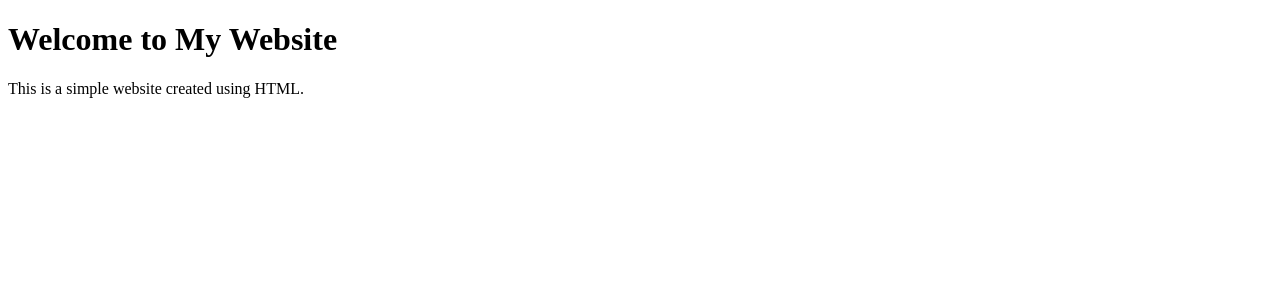
Repository: brownsonjoy1811/GitandGithub
Page: index.html
An editor plug-in stored every save of this project. The page is shown before and after a run of saves, followed by the edit.
The browser window is 1280 px wide. The pictures show the whole page.

Above is the page before, as saved 2026-06-17 10:37:33.

### index.html
<!DOCTYPE html>
<html lang="en">
<head>
    <meta charset="UTF-8">
    <meta name="viewport" content="width=device-width, initial-scale=1.0">
    <title>Document</title>
</head>
<body>
    <h1>Welcome to My Website</h1>
    <p>This is a simple website created using HTML.</p>

    <p></p>
</body>
</html>

After the next 5 saves:
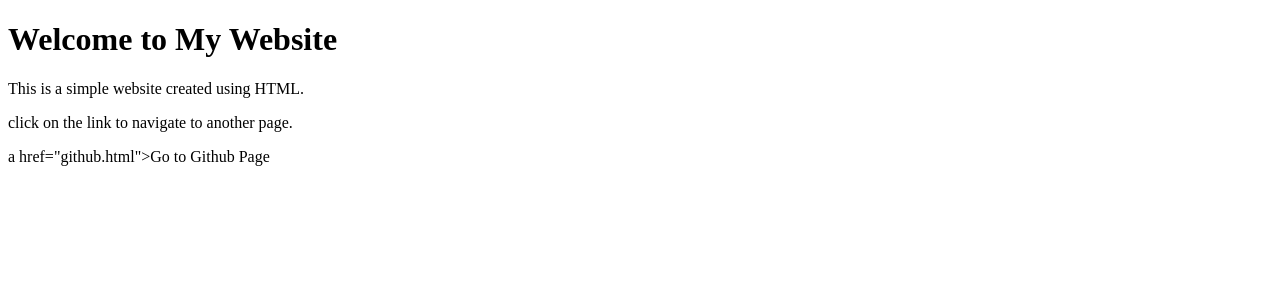
The 5 saves are shown as one change because they came seconds apart.
The last was saved 18 s later.
--- a/index.html
+++ b/index.html
@@ -9,6 +9,7 @@
     <h1>Welcome to My Website</h1>
     <p>This is a simple website created using HTML.</p>
 
-    <p></p>
+    <p>click on the link to navigate to another page.</p>
+    a href="github.html">Go to Github Page</a>
 </body>
 </html>
